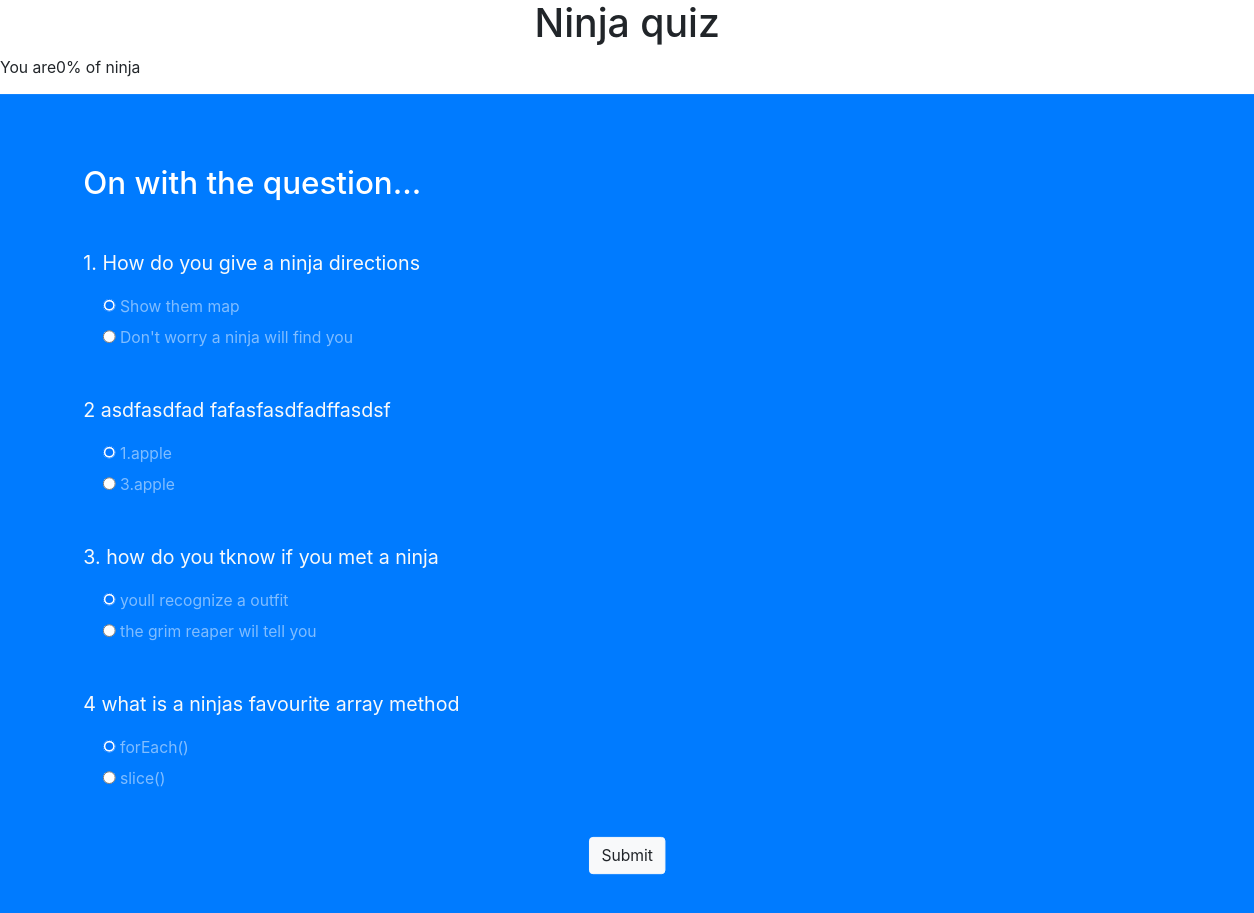
Repository: ajgors/config
Page: Nauka Js/Projekty/Quiz/index.html
These files come from the project's save history. The page is drawn as it stood at one moment and after the next save; the edit follows.
The browser window is 1280 px wide. The pictures show the whole page, at 98% of full size.

Above is the page before, as saved 2019-08-11 18:12:50.

### Nauka Js/Projekty/Quiz/index.html
<!DOCTYPE html>
<html lang="en">

<head>
    <meta charset="UTF-8">
    <meta name="viewport" content="width=device-width, initial-scale=1.0">
    <meta http-equiv="X-UA-Compatible" content="ie=edge">
    <title>Document</title>
    <link rel="stylesheet" href="https://stackpath.bootstrapcdn.com/bootstrap/4.3.1/css/bootstrap.min.css"
        integrity="sha384-ggOyR0iXCbMQv3Xipma34MD+dH/1fQ784/j6cY/iJTQUOhcWr7x9JvoRxT2MZw1T" crossorigin="anonymous">
        <link rel="stylesheet" href="css.css">
</head>

<body>
    <!-- Header -->
    <!-- <div class="intro py-3 bg-white text-center">
        <div class="container">
            <h2 class="text-primary display-3 my-4">Ninja Quiz</h2>
        </div>
    </div> -->

    <header class="header">
        <h1 class="header__title">Ninja quiz</h1>
    </header>

    <!-- Result -->
    <!-- <div class="result py-4 d-none bg-light text-center">
        <div class="container lead">
            <p>You are <span class="text-primary display-4 p-3">0%</span>Ninja</p>
        </div>
    </div> -->

    <div class="result">
        <p>You are<span>0%</span> of ninja</p>
    </div>

    <!-- Form -->
    <div class="quiz py-4 bg-primary">
        <div class="container">
            <h2 class="my-5 text-white">On with the question...</h2>
            <form action="" class="quiz-form text-light">
                <div class="my-5">
                    <p class="lead font-weight-normal">1. How do you give a ninja directions</p>
                    <div class="form-check my-2 text-white-50">
                        <input type="radio" name='q1' value='A' checked>
                        <label for="" class="form-check-label">Show them map</label>
                    </div>
                    <div class="form-check my-2 text-white-50">
                        <input type="radio" name='q1' value='B'>
                        <label for="" class="form-check-label">Don't worry a ninja will find you</label>
                    </div>
                </div>
                <div class="my-5">
                    <p class="lead font-weight-normal">2 asdfasdfad fafasfasdfadffasdsf</p>
                    <div class="form-check my-2 text-white-50">
                        <input type="radio" name='q2' value='A' checked>
                        <label for="" class="form-check-label">1.apple</label>
                    </div>
                    <div class="form-check my-2 text-white-50">
                        <input type="radio" name='q2' value='B'>
                        <label for="" class="form-check-label">3.apple</label>
                    </div>
                </div>
                <div class="my-5">
                    <p class="lead font-weight-normal">3. how do you tknow if you met a ninja</p>
                    <div class="form-check my-2 text-white-50">
                        <input type="radio" name='q3' value='A' checked>
                        <label for="" class="form-check-label">youll recognize a outfit</label>
                    </div>
                    <div class="form-check my-2 text-white-50">
                        <input type="radio" name='q3' value='B'>
                        <label for="" class="form-check-label">the grim reaper wil tell you</label>
                    </div>
                </div>
                <div class="my-5">
                    <p class="lead font-weight-normal">4 what is a ninjas favourite array method</p>
                    <div class="form-check my-2 text-white-50">
                        <input type="radio" name='q4' value='A' checked>
                        <label for="" class="form-check-label">forEach()</label>
                    </div>
                    <div class="form-check my-2 text-white-50">
                        <input type="radio" name='q4' value='B'>
                        <label for="" class="form-check-label">slice()</label>
                    </div>
                </div>
                <div class="text-center">
                    <input type="submit" class='btn btn-light'>
                </div>
            </form>
        </div>


        <div class="xd">
            <p class="xd"></p>
        </div>
    </div>

    <script src="js.js"></script>
</body>

</html>

### Nauka Js/Projekty/Quiz/css.css
.header__title{
    text-align: center;
}

### Nauka Js/Projekty/Quiz/js.js




const form = document.querySelector('.quiz-form');
const result = document.querySelector('.result');
const correctAnswers = ['B','B','B','B'];
const spanResult = document.querySelector('span');

form.addEventListener('submit', e=>{
    e.preventDefault();

    //check answer
    let score = 0;
    const userAnswers = [form.q1.value, form.q2.value, form.q3.value, form.q4.value];

    userAnswers.forEach((answer, index) =>{
        if(answer === correctAnswers[index]){
            score += 25;
        }
    });

    scrollTo(0,0)
    result.classList.remove('d-none');
    // spanResult.textContent = `${score}%`

    let output = 0;
    const timer = setInterval(()=>{
        spanResult.textContent = `${output}%`
        if(output === score){
            clearInterval(timer);
        } else {
            output++;
        }
    })


})

After the next save:
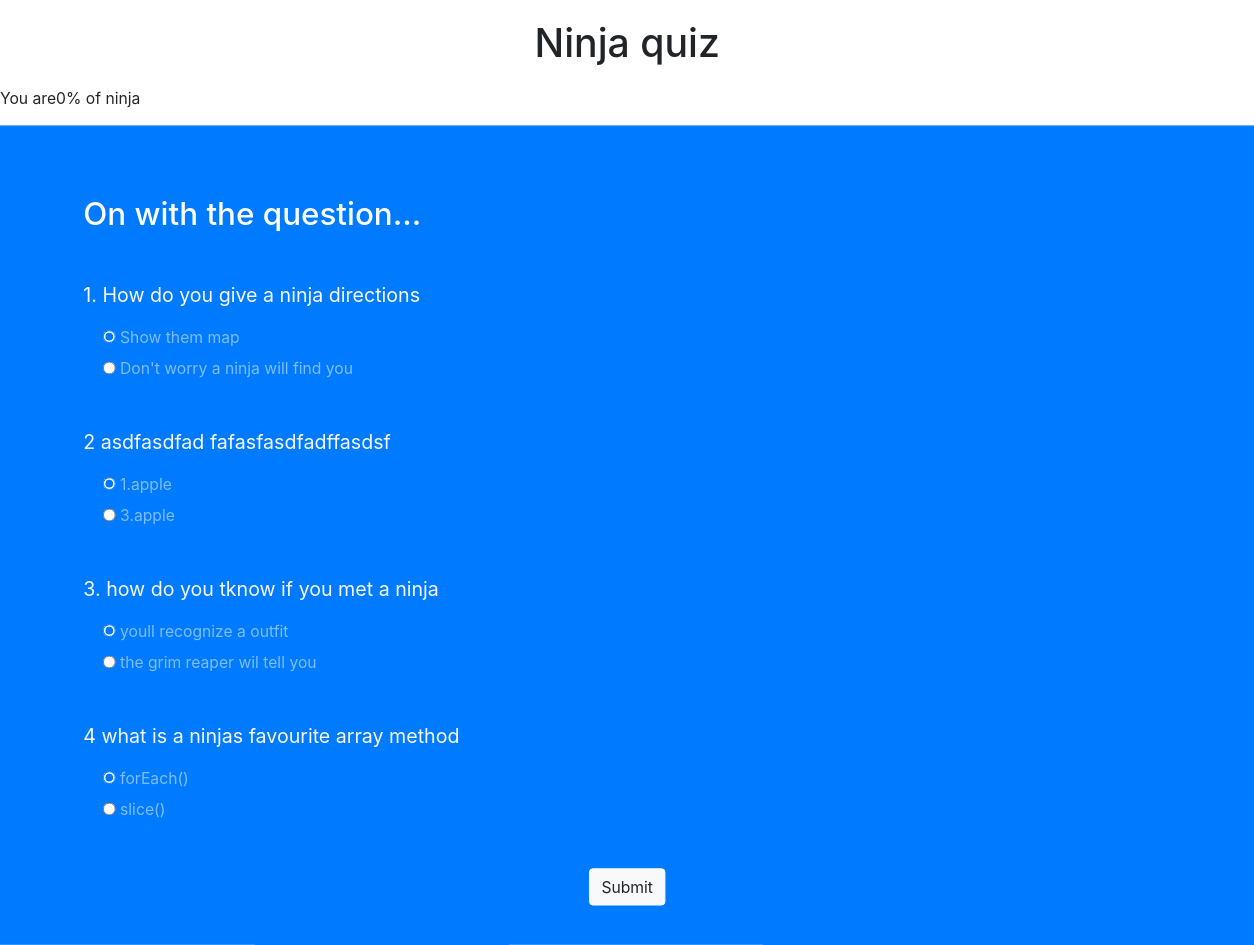
Saved 8 s later.
--- a/Nauka Js/Projekty/Quiz/css.css
+++ b/Nauka Js/Projekty/Quiz/css.css
@@ -1,3 +1,4 @@
 .header__title{
     text-align: center;
+    margin: 20px
 }
